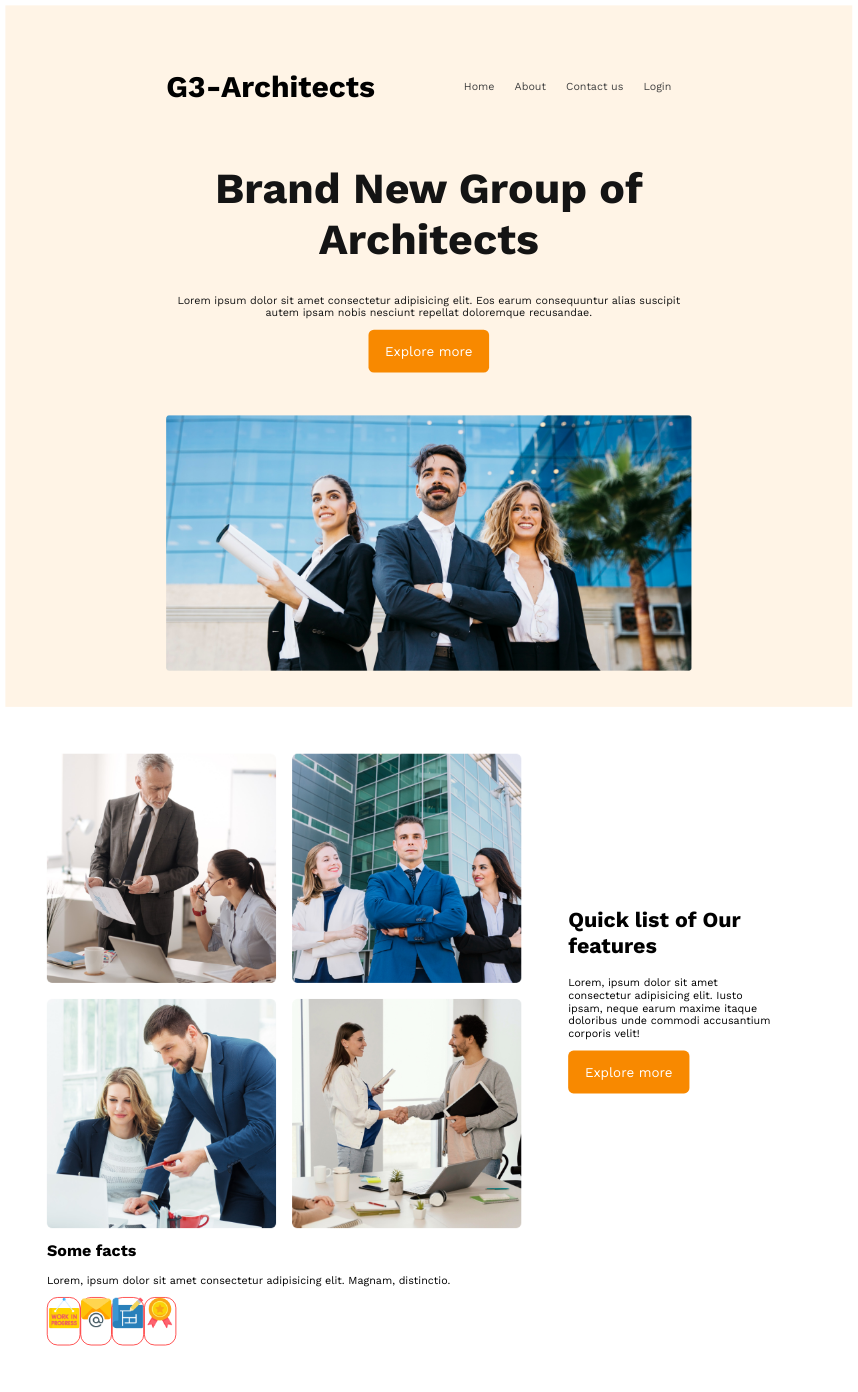
Repository: RudrasahaDibos/architects-resources
Page: index.html
The author's editor kept a copy of each file at every save. The page is drawn from the files as they stood at one save, then again after the next save.
The browser window is 1280 px wide. The pictures show the whole page, at 67% of full size.

Above is the page before, as saved 2024-10-06 22:05:47.

After the next save:
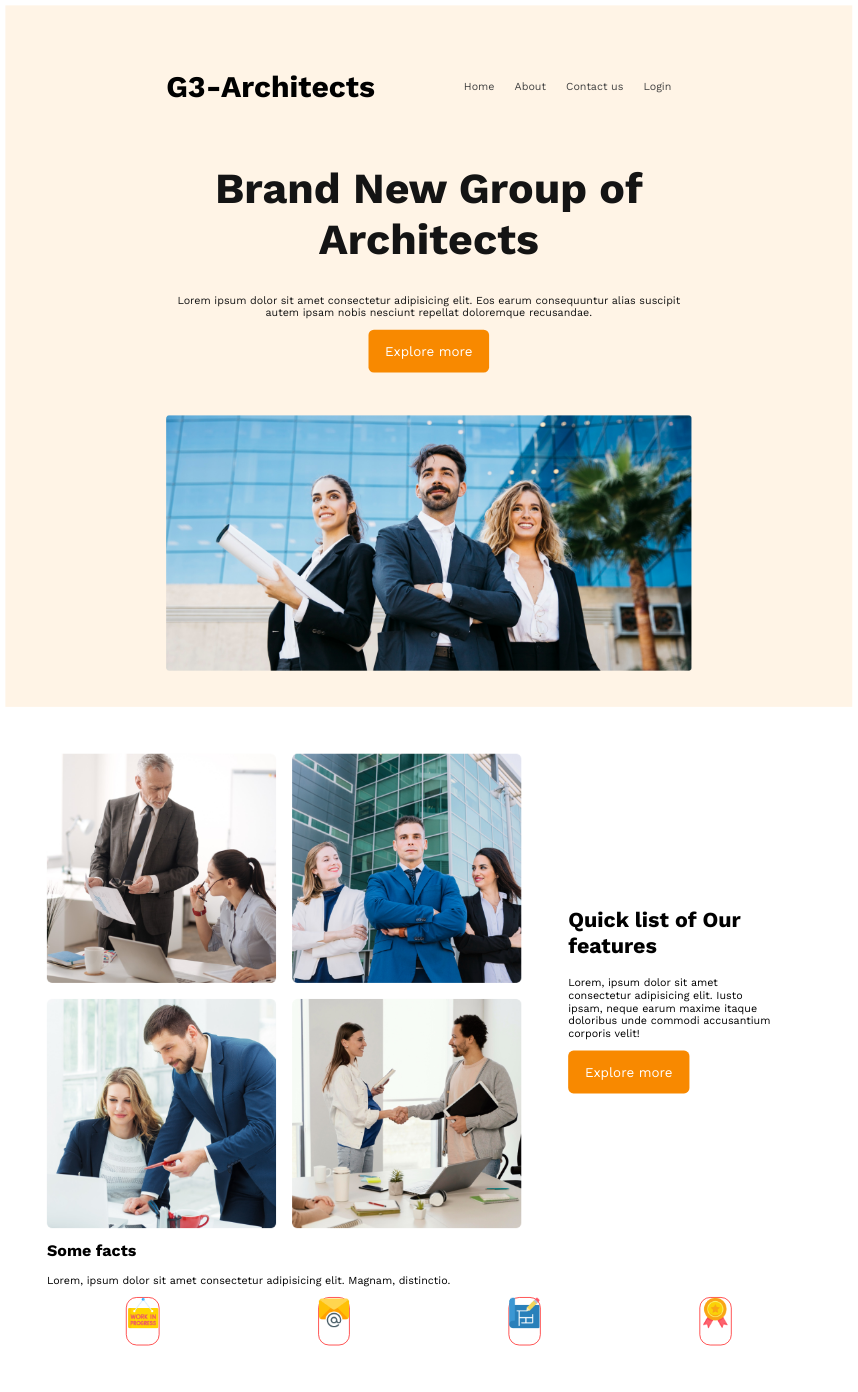
Saved 4 s later.
--- a/index.css
+++ b/index.css
@@ -103,7 +103,7 @@ nav li{
  }
  .fact-card-container{
     display: flex;
-    justify-content: ;
+    justify-content: space-around;
  }
  /* media Quary */
  @media screen and (max-width: 576px) {
